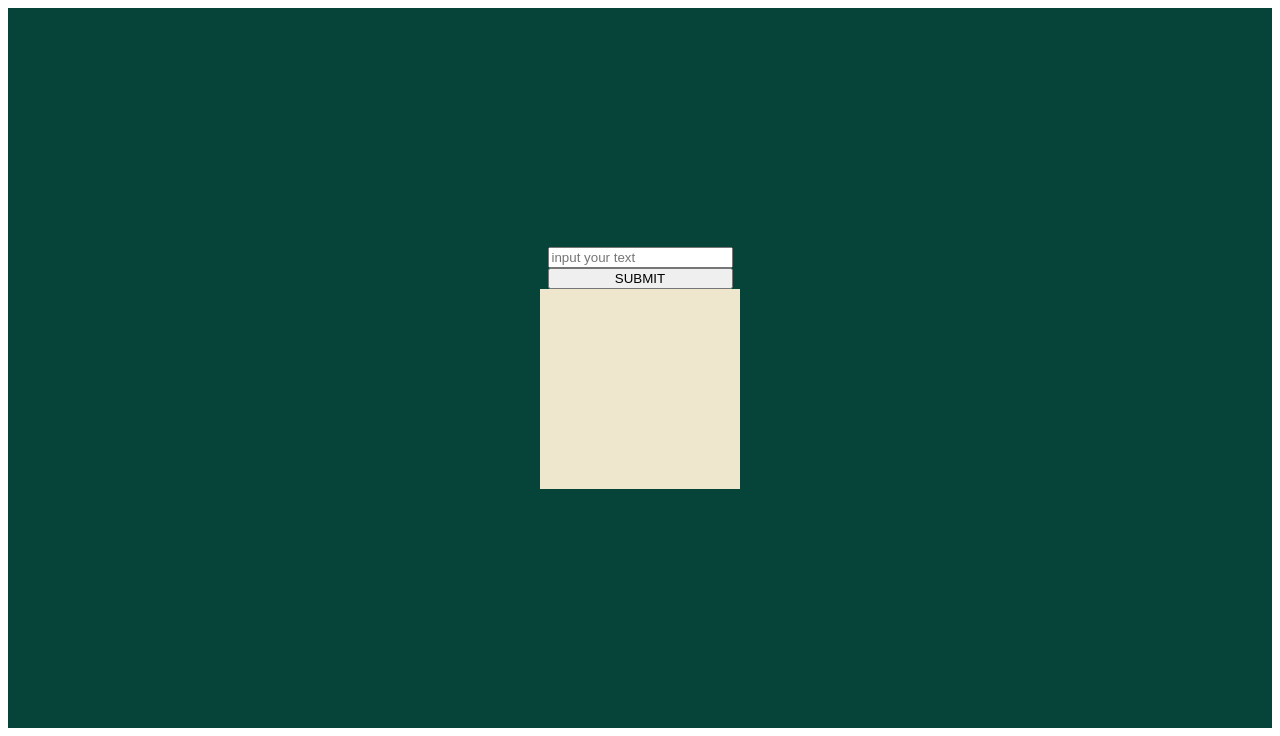
Repository: haykgrigoryan077/wheater-forecast
Page: /
The author's editor kept a copy of each file at every save. The page is drawn from the files as they stood at one save, then again after the next save.
The browser window is 1280 px wide. The pictures show the whole page.
The page's requests for data from a server got no answer. The project was rebuilt for these pictures with package versions that can differ from the ones it lists, and the page was loaded fresh each time. No one was signed in, and anything a server would have sent is missing. Also part of the build but not shown: src/index.css.

Above is the page before, as saved 2022-08-25 16:12:29.

### src/App.js
import './App.css';
import SearchCitys from './Inputs';
import ShowWheatherData from './ShowData';
import { useState } from 'react';

function App() {
  const [city, setCity] = useState('');
  const [finalSearch, setFinalSearch] = useState('')
  return (
    <div className="App">
      <SearchCitys
        setCity={setCity}
        city={city}
        finalSearch={finalSearch}
        setFinalSearch={setFinalSearch}
      />
      <ShowWheatherData
        city={finalSearch}
      />
    </div>
  );
}

export default App;

### src/App.css
.App {
  width: 100%;
  height: 100vh;
  display: flex;
  flex-direction: column;
  justify-content: center;
  align-items: center;
  background-color: #064439;
}

### src/Inputs/index.js
import React from "react";
import { useState } from "react";
import './style.css'

const SearchCity = (props) => {
    console.log(props.finalSearch);

    return (
        <div className="searchInput">
            <input
                type='text'
                placeholder='input your text'
                onChange={(event) => {
                    props.setCity(event.target.value)
                }}
                value={props.city}
            />
            <button className="searchButton" onClick={() => {
                props.setFinalSearch(props.city)
                props.setCity('')
            }}>
                SUBMIT
            </button>
        </div>
    )
}

export default SearchCity

### src/ShowData/index.js
import React from "react";
import { useState, useEffect } from "react";
import axios from "axios";
import './style.css'

const ShowWheatherData = (props) => {
    const [wheatherData, setWheatherData] = useState('')

    let baseUrl = `https://api.openweathermap.org/data/2.5/weather?q=${props.city}&appid=50a7aa80fa492fa92e874d23ad061374`

    useEffect(() => {
        axios.get(baseUrl).then((response) => {
            setWheatherData(response.data)
        })
    }, [baseUrl])
    console.log(wheatherData );

    return (
            <div className="wheatherInfoBox">
                <div className="cityName">
                    <h4>{wheatherData && wheatherData.name}</h4>
                    <p>{wheatherData && wheatherData.main.temp}</p>

                </div>
            </div>
    )
}

export default ShowWheatherData

### src/Inputs/style.css
.searchInput {
    display: flex;
    flex-direction: column;
}

### src/ShowData/style.css
.wheatherInfoBox {
    width: 200px;
    height: 200px;
    background-color: #EEE7CE;
}

Loaded but not shown: public/index.html (common file); src/index.js (common file); src/reportWebVitals.js (common file)

After the next save:
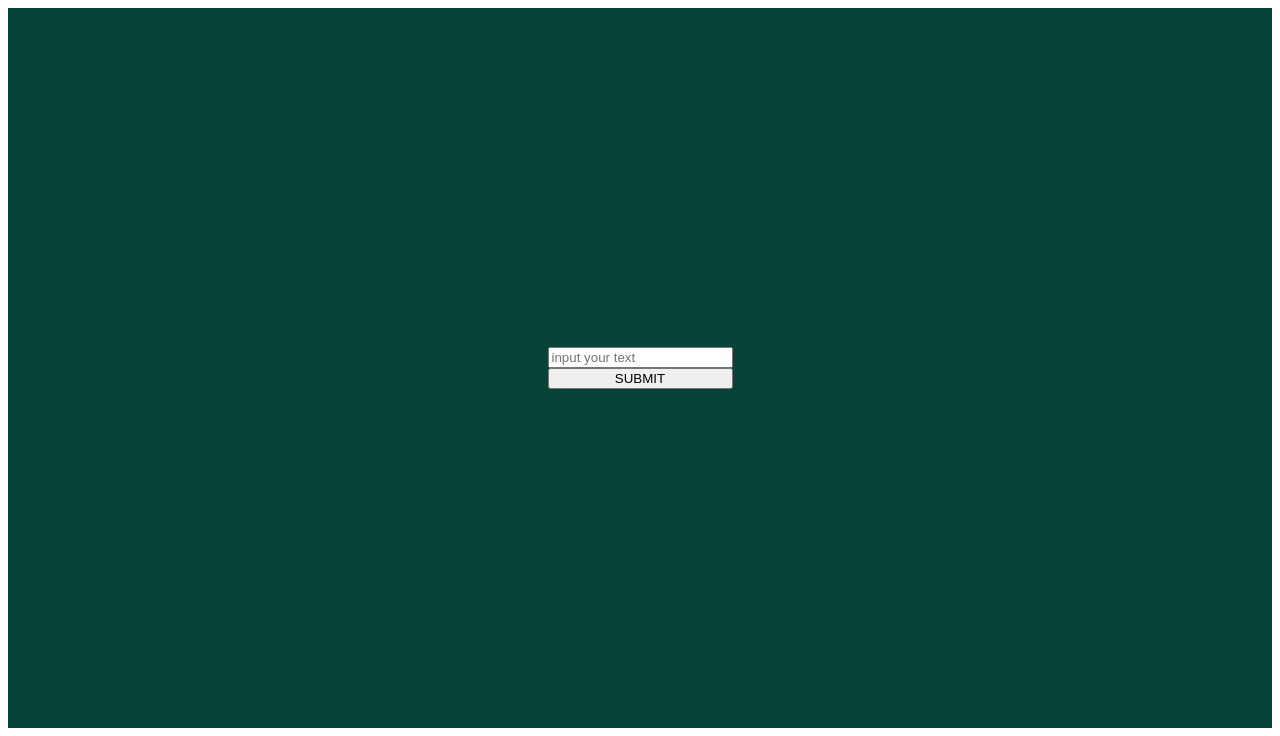
Saved 49 s later.
--- a/src/App.js
+++ b/src/App.js
@@ -14,9 +14,9 @@ function App() {
         finalSearch={finalSearch}
         setFinalSearch={setFinalSearch}
       />
-      <ShowWheatherData
+      {finalSearch && <ShowWheatherData
         city={finalSearch}
-      />
+      />}
     </div>
   );
 }
